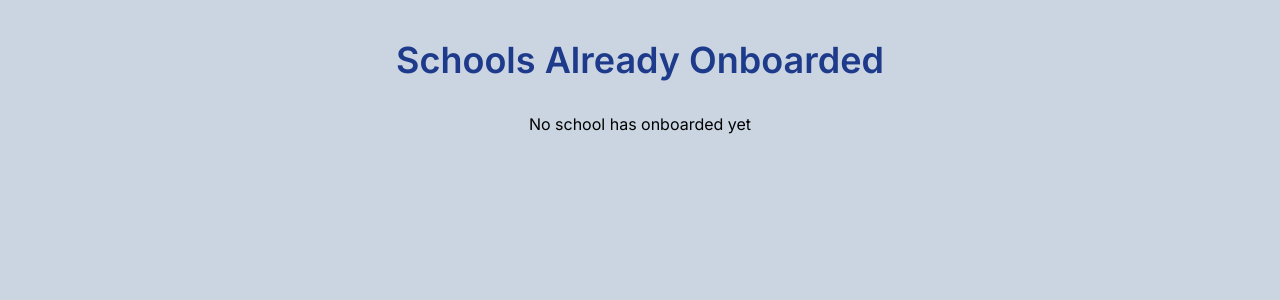
Repository: marcusdashe/fullstack-ts
Page: /
An editor plug-in stored every save of this project. The page is shown before and after the next save, followed by the edit.
The browser window is 1280 px wide. The pictures show the whole page.
The page's requests for data from a server got no answer. The project was rebuilt for these pictures with package versions that can differ from the ones it lists, and the page was loaded fresh each time. The framework's server and built-in components were replaced by stand-ins that run in the browser. No one was signed in, and anything a server would have sent is missing. Also part of the build but not shown: next.config.js, app/components/SchoolCard.tsx.

Above is the page before, as saved 2023-07-27 23:40:43.

### app/layout.tsx
import "./globals.css";
import type { Metadata } from "next";
import { Inter } from "next/font/google";

const inter = Inter({
  weight: ["400", "600"],
  subsets: ["latin"],
});

export const metadata: Metadata = {
  title: "SMP",
  description: "School Management System for Secondary School",
  keywords: ["smp", "lms", "marcus"],
};

export default function RootLayout({
  children,
}: {
  children: React.ReactNode;
}) {
  return (
    <html lang="en">
      <body className={inter.className}>{children}</body>
    </html>
  );
}

### app/page.tsx
import Image from "next/image";
import React from "react";
import Head from "next/head";
import SchoolListed from "@/app/components/SchoolListed";

export default function Home() {
  return (
    <div className="bg-slate-300 min-h-screen">
      <Head>
        <title>School List</title>
        <meta name="description" content="A school management system" />
      </Head>

      <main className="container mx-auto py-10 px-4 flex flex-col items-center justify-center">
        <h1 className="text-4xl font-bold mb-8 text-blue-900">
          Schools Already Onboarded
        </h1>
        <SchoolListed />
      </main>
    </div>
  );
}

### app/components/SchoolListed.tsx
"use client";

import React, { useState, useEffect } from "react";
import SchoolService, { School } from "@/app/services/api/school.service";
import SchoolCard from "@/app/components/SchoolCard";

const SchoolListed: React.FC = () => {
  const [schoolArray, setSchoolArray] = useState<School[]>([]);
  const [loading, setLoading] = useState<Boolean>(true);

  useEffect(() => {
    const fetchSchools = async () => {
      try {
        const response = await SchoolService.fetchAllSchools();
        // if (response.statusText !== "ok")
        //   throw Error("Did not receive expected data");
        console.log(response.data);
        setSchoolArray(response.data);
      } catch (error: any) {
        console.log(error.message);
      } finally {
        setLoading(false);
      }
    };
    setTimeout(() => {
      (async () => await fetchSchools())();
    }, 2000);
  }, []);
  return (
    <>
      <div className="grid grid-cols-1">
        {schoolArray.length > 0 ? (
          <>
            {schoolArray.map((school: School) => (
              <SchoolCard key={school.schoolEmail} {...school} />
            ))}
          </>
        ) : (
          <>
            <p>No school has onboarded yet</p>
          </>
        )}
      </div>
    </>
  );
};

export default SchoolListed;

### app/services/api/school.service.ts
import axios, { AxiosResponse } from "axios";
import config from "../config";

export interface School {
  schoolName: string;
  schoolAddress: string;
  schoolPhoneNumber: string;
  schoolWebsite: string;
  schoolEmail: string;
  schoolLogo: string;
}

const API_URL: string = config.API_BASE_URL;

class SchoolService {
  static client = axios.create({
    baseURL: API_URL,
  });

  async registerSchool(school: School): Promise<AxiosResponse<School>> {
    const response = await SchoolService.client.post<School>(
      "/schools/create",
      school
    );
    return response;
  }

  async fetchAllSchools(): Promise<AxiosResponse<School[]>> {
    const response = await SchoolService.client.get<School[]>("/schools/all");
    return response;
  }

  async fetchSchoolById(id: number): Promise<AxiosResponse<School>> {
    const response = await SchoolService.client.get<School>(`/school/${id}`);
    return response;
  }

  async updateSchool6(
    school: School,
    id: number
  ): Promise<AxiosResponse<School>> {
    const response = await SchoolService.client.put<School>(
      `/schools/${id}`,
      school
    );
    return response;
  }

  async delSchoolById(id: number): Promise<AxiosResponse<void>> {
    const response = await SchoolService.client.delete<void>(`/schools/${id}`);
    return response;
  }

  async fetchSchoolByName(schoolName: string): Promise<AxiosResponse<School>> {
    const response = await SchoolService.client.get<School>(
      `/schools/byName/${schoolName}`
    );
    return response;
  }

  async fetchSchoolByPhoneNumber(
    phoneNumber: string
  ): Promise<AxiosResponse<School>> {
    const response = await SchoolService.client.get<School>(
      `/schools/byPhoneNumber/${phoneNumber}`
    );
    return response;
  }

  async fetchSchoolByWebsite(
    schoolWebsite: string
  ): Promise<AxiosResponse<School>> {
    const response = await SchoolService.client.get<School>(
      `/schools/byWebsite/${schoolWebsite}`
    );
    return response;
  }

  async fetchSchoolByEmail(email: string): Promise<AxiosResponse<School>> {
    const response = await SchoolService.client.get<School>(
      `/schools/byEmail/${email}`
    );
    return response;
  }
}

export default new SchoolService();

### app/services/config.ts
export default {
  API_BASE_URL:
    `${process.env.NEXT_PUBLIC_BACKEND_BASE_URL}/api-v1` ||
    "http://localhost:8000/api-v1",
};

Loaded but not shown: app/globals.css (common file); tailwind.config.js (common file)

After the next save:
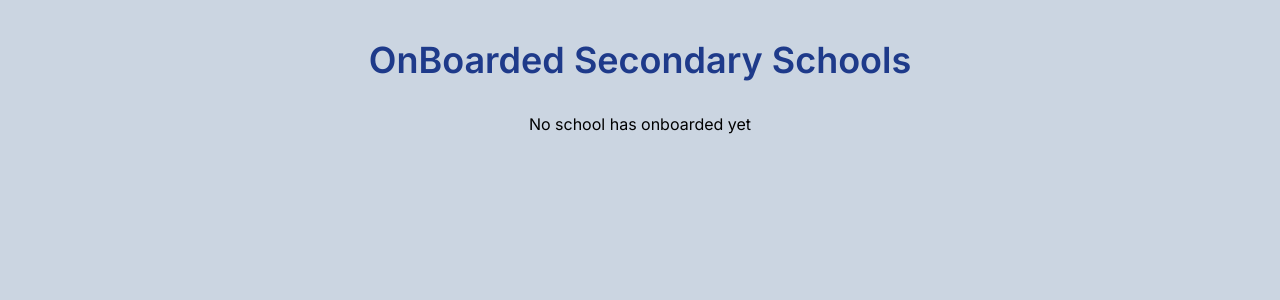
Saved 5 min 6 s later.
--- a/app/page.tsx
+++ b/app/page.tsx
@@ -13,7 +13,7 @@ export default function Home() {
 
       <main className="container mx-auto py-10 px-4 flex flex-col items-center justify-center">
         <h1 className="text-4xl font-bold mb-8 text-blue-900">
-          Schools Already Onboarded
+          OnBoarded Secondary Schools
         </h1>
         <SchoolListed />
       </main>
